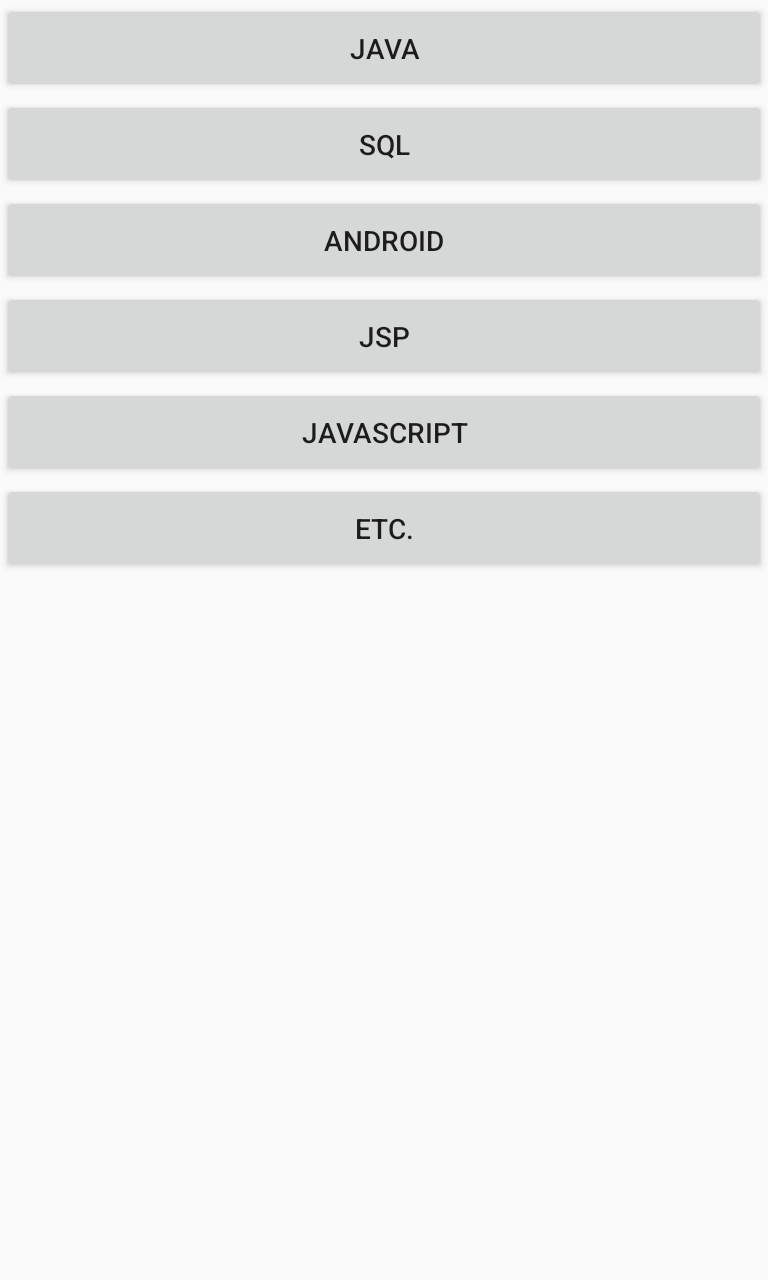
Repository: ICtest333/test_pjtQuiz
Layout: pjtQuiz/res/layout/home.xml
The author's editor kept a copy of each file at every save. The layout is drawn from the files as they stood at one save, then again after the next save.
It is drawn on a 768 x 1280 px phone screen (xhdpi) without system bars, with theme AppTheme; the app's code is not run.

Above is the layout before, as saved 2014-05-22 10:54:42.

### pjtQuiz/res/layout/home.xml
<?xml version="1.0" encoding="utf-8"?>
<RelativeLayout xmlns:android="http://schemas.android.com/apk/res/android"
    android:layout_width="match_parent"
    android:layout_height="match_parent"
    android:layout_column="0"
    >

    <Button
        android:id="@+id/btn_java"
        android:layout_width="match_parent"
        android:layout_height="wrap_content"
        android:layout_alignParentLeft="true"
        android:layout_alignParentTop="true"
        android:text="Java" />

    <Button
        android:id="@+id/btn_sql"
        android:layout_width="match_parent"
        android:layout_height="wrap_content"
        android:layout_alignParentLeft="true"
        android:layout_below="@+id/btn_java"
        android:text="SQL" />

    <Button
        android:id="@+id/btn_android"
        android:layout_width="match_parent"
        android:layout_height="wrap_content"
        android:layout_alignParentLeft="true"
        android:layout_below="@+id/btn_sql"
        android:text="Android" />

    <Button
        android:id="@+id/btn_jsp"
        android:layout_width="match_parent"
        android:layout_height="wrap_content"
        android:layout_alignParentLeft="true"
        android:layout_below="@+id/btn_android"
        android:text="JSP" />

    <Button
        android:id="@+id/btn_js"
        android:layout_width="match_parent"
        android:layout_height="wrap_content"
        android:layout_alignParentLeft="true"
        android:layout_below="@+id/btn_jsp"
        android:text="Javascript" />

    <Button
        android:id="@+id/btn_etc"
        android:layout_width="match_parent"
        android:layout_height="wrap_content"
        android:layout_alignParentLeft="true"
        android:layout_below="@+id/btn_js"
        android:text="Etc." />

       <!--  <ListView
        android:id="@+id/listView1"
        android:layout_width="match_parent"
        android:layout_column="0"
        android:layout_gravity="left|top"
        android:layout_row="0" >
    </ListView> -->

</RelativeLayout>

Loaded but not shown: pjtQuiz/res/values/styles.xml (common file); pjtQuiz/res/values-v11/styles.xml (common file); pjtQuiz/res/values-v14/styles.xml (common file)

After the next save:
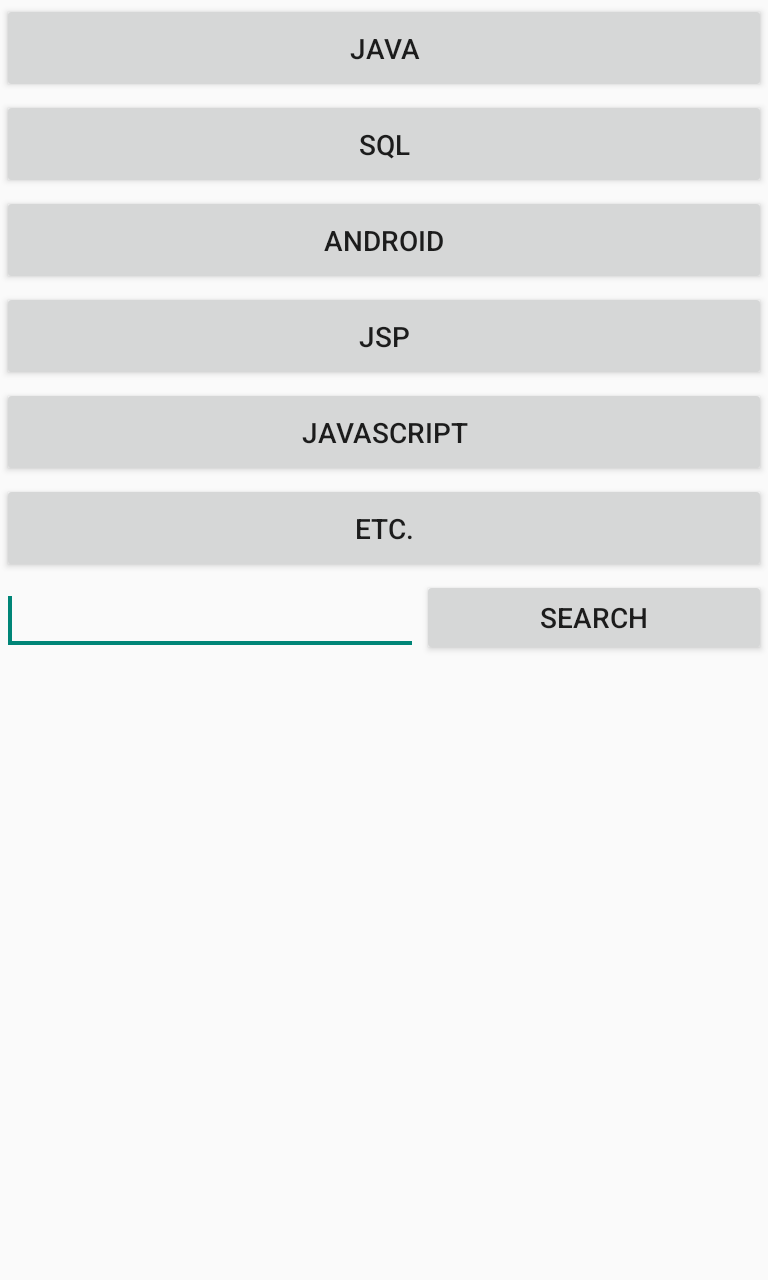
Saved 3 min 16 s later.
--- a/pjtQuiz/res/layout/home.xml
+++ b/pjtQuiz/res/layout/home.xml
@@ -53,12 +53,25 @@
         android:layout_below="@+id/btn_js"
         android:text="Etc." />
 
-       <!--  <ListView
-        android:id="@+id/listView1"
-        android:layout_width="match_parent"
-        android:layout_column="0"
-        android:layout_gravity="left|top"
-        android:layout_row="0" >
-    </ListView> -->
+    <EditText
+        android:id="@+id/editText1"
+        android:layout_width="wrap_content"
+        android:layout_height="wrap_content"
+        android:layout_alignParentLeft="true"
+        android:layout_below="@+id/btn_etc"
+        android:ems="10" >
+
+        <requestFocus />
+    </EditText>
+
+    <Button
+        android:id="@+id/search"
+        android:layout_width="wrap_content"
+        android:layout_height="wrap_content"
+        android:layout_alignBottom="@+id/editText1"
+        android:layout_alignParentRight="true"
+        android:layout_alignTop="@+id/editText1"
+        android:layout_toRightOf="@+id/editText1"
+        android:text="Search" />
 
 </RelativeLayout>
